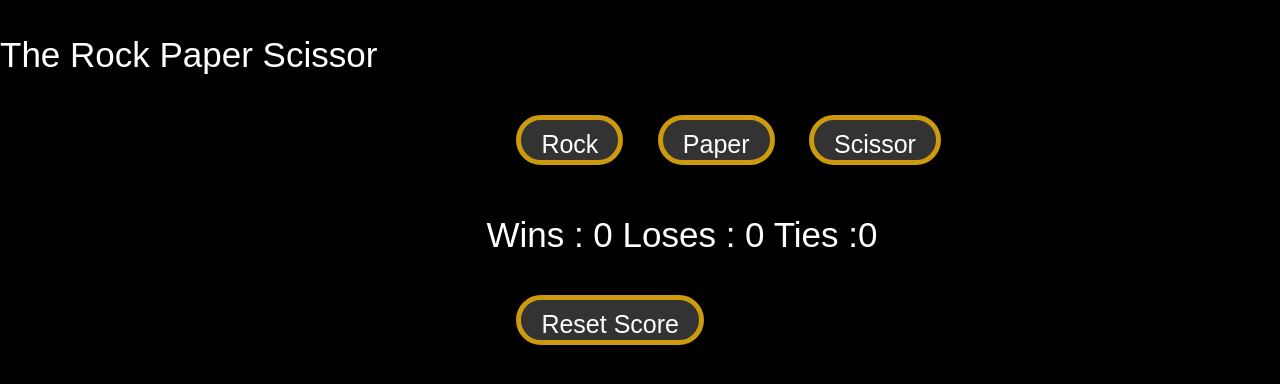
Repository: Drdregboss89/js-practical-projects
Page: index.html
The author's editor kept a copy of each file at every save. The page is drawn from the files as they stood at one save, then again after the next save.
The browser window is 1280 px wide. The pictures show the whole page.

Above is the page before, as saved 2023-06-21 09:24:11.
Console error (its wording comes from the project's code and is left out).

After the next save:
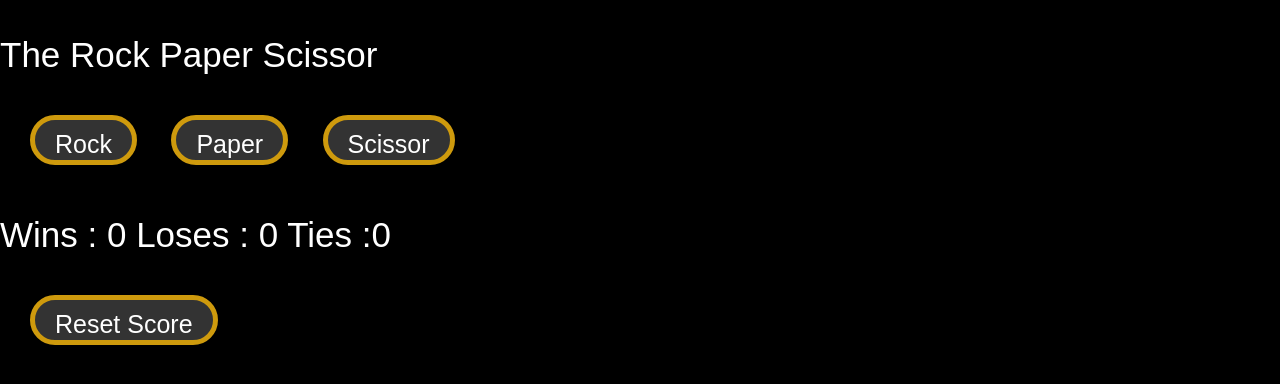
Saved 2 min 5 s later.
--- a/index.css
+++ b/index.css
@@ -35,7 +35,3 @@ button {
   background-color: #333;
   color: #fff;
 }
-.btn{
-  margin-left: 38%;
-
-}
